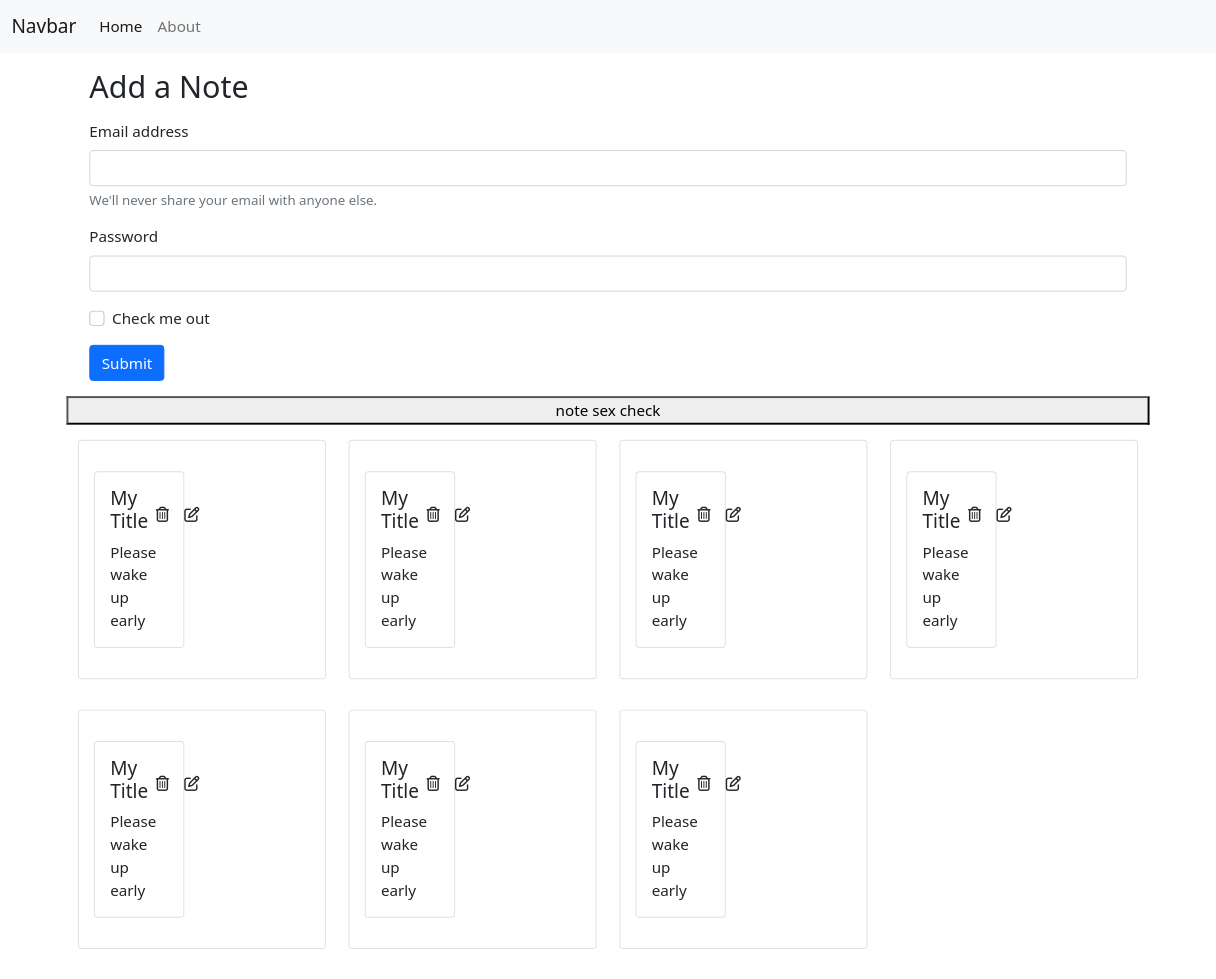
Repository: Asad-devv/inotebook-mern
Page: /
These files come from the project's save history. The page is drawn as it stood at one moment and after the next save; the edit follows.
The browser window is 1280 px wide. The pictures show the whole page, at 95% of full size.
Some web libraries are served in a nearby version. The project was rebuilt for these pictures with package versions that can differ from the ones it lists, and the page was loaded fresh each time. Also part of the build but not shown: vite.config.js, src/components/About.jsx.

Above is the page before, as saved 2023-04-14 01:06:05.

### index.html
<!DOCTYPE html>
<html lang="en">
  <head>
    <meta charset="UTF-8" />
    <link rel="icon" type="image/svg+xml" href="/vite.svg" />
    <meta name="viewport" content="width=device-width, initial-scale=1.0" />
    <link href="https://cdn.jsdelivr.net/npm/bootstrap@5.0.2/dist/css/bootstrap.min.css" rel="stylesheet" integrity="sha384-EVSTQN3/azprG1Anm3QDgpJLIm9Nao0Yz1ztcQTwFspd3yD65VohhpuuCOmLASjC" crossorigin="anonymous">
    <title>iNotebook</title>
  </head>
  <body>
    <div id="root"></div>
    <script type="module" src="/src/main.jsx"></script>

    <script src="https://kit.fontawesome.com/26504e4a1f.js" crossorigin="anonymous"></script>

    <script src="https://cdn.jsdelivr.net/npm/@popperjs/core@2.9.2/dist/umd/popper.min.js" integrity="sha384-IQsoLXl5PILFhosVNubq5LC7Qb9DXgDA9i+tQ8Zj3iwWAwPtgFTxbJ8NT4GN1R8p" crossorigin="anonymous"></script>
    <script src="https://cdn.jsdelivr.net/npm/bootstrap@5.0.2/dist/js/bootstrap.min.js" integrity="sha384-cVKIPhGWiC2Al4u+LWgxfKTRIcfu0JTxR+EQDz/bgldoEyl4H0zUF0QKbrJ0EcQF" crossorigin="anonymous"></script>
  </body>
</html>

### src/main.jsx
import React from 'react'
import ReactDOM from 'react-dom/client'
import App from './App'
// import './index.css'
import { BrowserRouter } from "react-router-dom"
import { Provider } from 'react-redux'
import store from './states/Store'


ReactDOM.createRoot(document.getElementById('root')).render(
  <React.StrictMode>
    <BrowserRouter>
    <Provider store={store} >
    <App />
    </Provider>
    </BrowserRouter>
  </React.StrictMode>,
)

### src/App.jsx
import { useState } from 'react'
import reactLogo from './assets/react.svg'
import viteLogo from '/vite.svg'
// import './App.css'
import {Home,Navbar,About} from "./components"
import { Route, Routes } from "react-router-dom"




function App() {

  return (
      <>
      <Navbar/>
      <div className="container">
      <Routes>
      <Route path="/" element={<Home />} />
      <Route path="/about" element={<About />} />
      </Routes>
      </div>

    </>
  );
}
export default App

### src/states/Store.js
import { configureStore } from '@reduxjs/toolkit'
import notesReducer from "./redux/notesSlice"


export default configureStore({
  reducer: {notes:notesReducer},
})

### src/components/index.js
import Home from "./Home"
import Navbar from "./Navbar"
import About from "./About"



export { Home,Navbar,About }

### src/states/redux/notesSlice.js
import { createSlice } from '@reduxjs/toolkit'


const notesInitial = [
        {
          "_id": "61322f19553781a8ca8d0e06",
          "user": "6131dc5e3e4037cd4734a066",
          "title": "My Title",
          "description": "Please wake up early",
          "tag": "personal",
          "date": "2021-09-03T14:20:09.509Z",
          "__v": 0
        },
        {
          "_id": "61322f19553781a8ca8d0e08",
          "user": "6131dc5e3e4037cd4734a066",
          "title": "My Title",
          "description": "Please wake up early",
          "tag": "personal",
          "date": "2021-09-03T14:20:09.668Z",
          "__v": 0
        },
        {
          "_id": "61322f19553781a8ca8d0e08",
          "user": "6131dc5e3e4037cd4734a066",
          "title": "My Title",
          "description": "Please wake up early",
          "tag": "personal",
          "date": "2021-09-03T14:20:09.668Z",
          "__v": 0
        },
        {
          "_id": "61322f19553781a8ca8d0e08",
          "user": "6131dc5e3e4037cd4734a066",
          "title": "My Title",
          "description": "Please wake up early",
          "tag": "personal",
          "date": "2021-09-03T14:20:09.668Z",
          "__v": 0
        },
        {
          "_id": "61322f19553781a8ca8d0e08",
          "user": "6131dc5e3e4037cd4734a066",
          "title": "My Title",
          "description": "Please wake up early",
          "tag": "personal",
          "date": "2021-09-03T14:20:09.668Z",
          "__v": 0
        },
        {
          "_id": "61322f19553781a8ca8d0e08",
          "user": "6131dc5e3e4037cd4734a066",
          "title": "My Title",
          "description": "Please wake up early",
          "tag": "personal",
          "date": "2021-09-03T14:20:09.668Z",
          "__v": 0
        },
        {
          "_id": "61322f19553781a8ca8d0e08",
          "user": "6131dc5e3e4037cd4734a066",
          "title": "My Title",
          "description": "Please wake up early",
          "tag": "personal",
          "date": "2021-09-03T14:20:09.668Z",
          "__v": 0
        },
      ]

export const notesSlice= createSlice({
    name:'notes',
    initialState:{value:notesInitial},
    reducers:{
        addNote:(state,action)=>{
                const newNote = action.payload
                return {
                    ...state,
                    value: [...state.value, newNote],
                };

        },deleteNote:(state)=>{

        },
        editNote:()=>{

        }
    }
})


export const { addNote} = notesSlice.actions

export default notesSlice.reducer

### src/components/Home.jsx
import React from 'react'
import { useSelector,useDispatch } from 'react-redux'
// import { update } from '../states/redux/notesSlice';
import Notes from './Notes';

const Home = () => {
  const dispatch= useDispatch();
  const notes =  useSelector((state) => state.notes.value)
  console.log(notes)
  return (
    <div>

      <div className="container my-3">
            <h2>Add a Note</h2>
            <form className="my-3">
                <div class="mb-3">
                    <label for="exampleInputEmail1" class="form-label">Email address</label>
                    <input type="email" class="form-control" id="exampleInputEmail1" aria-describedby="emailHelp"/>
                    <div id="emailHelp" class ="form-text">We'll never share your email with anyone else.</div>
                </div>
                <div class="mb-3">
                    <label for="exampleInputPassword1" class="form-label">Password</label>
                    <input type="password" class="form-control" id="exampleInputPassword1"/>
                </div>
                <div class="mb-3 form-check">
                    <input type="checkbox" class="form-check-input" id="exampleCheck1"/>
                    <label class ="form-check-label" for="exampleCheck1">Check me out</label>
                </div>
                <button type="submit" class="btn btn-primary">Submit</button>
            </form>
            </div>


        <Notes></Notes>
    </div>
  )
}

export default Home

### src/components/Navbar.jsx
import React,{useEffect,useState} from 'react'
import {Link,useLocation } from "react-router-dom"

const Navbar = () => {


  let location = useLocation();
  const [activeLink, setActiveLink] = useState()

  useEffect(() => {
    // Google Analytics
  }, [location]);

  return (

    <nav className="navbar navbar-expand-lg navbar-light bg-light">
      <div className="container-fluid">
        <a className="navbar-brand" href="#">Navbar</a>
        <button className="navbar-toggler" type="button" data-bs-toggle="collapse" data-bs-target="#navbarNav" aria-controls="navbarNav" aria-expanded="false" aria-label="Toggle navigation">
          <span className="navbar-toggler-icon" />
        </button>
        <div className="collapse navbar-collapse" id="navbarNav">
          <ul className="navbar-nav">
            <li className="nav-item">
              <Link to="/" className={`${location.pathname==="/" && "active"}   nav-link`} aria-current="page" href="#">Home</Link >
            </li>

            <li className="nav-item">
              <Link to="/about" className={`${location.pathname==="/about" && "active"}   nav-link`} href="#">About</Link >
            </li>

          </ul>
        </div>
      </div>
    </nav>  )
}

export default Navbar

### src/components/Notes.jsx
import React from 'react'
import { useSelector,useDispatch } from 'react-redux'
// import { update } from '../states/redux/notesSlice';
import { addNote } from '../states/redux/notesSlice'


const NoteItem = ({title,description,tag})=>{
    return(
        <div className="col-md-3">
        <div class="card my-3">
            <div class ="card-body">
            {/* <h5 class ="card-title">{title}</h5> */}
            {/* <p class ="card-text">{description}</p>  */}
    <div className="col-md-5">
        <div className="card my-3">
            <div className="card-body">
                <div className="d-flex align-items-center">
                    <h5 className="card-title">{title}</h5><i className="far fa-trash-alt mx-2"></i>
                    <i className="far fa-edit mx-2"></i>
                </div>
                <p className="card-text">{description}</p>

            </div>
        </div></div>
        </div>
        </div>
    </div>
    )
}



const Notes = () => {
    const dispatch= useDispatch();
const notes =  useSelector((state) => state.notes.value)

const newNote = {tag:"asad",title:"shitty",description:"lorem1212121jasn ausb ashd kasd ahsklkjsdn "}
  return (
    <div className='row my-3'>
    <button onClick={()=>{dispatch(addNote(newNote))}}>note sex check</button>
         {notes.map((note)=>{
        return(
        //   <h1 key={  .id}>{note.title}</h1>
            <NoteItem key={note.id} {...note}/>
        )
      })}</div>
  )
}

export default Notes

After the next save:
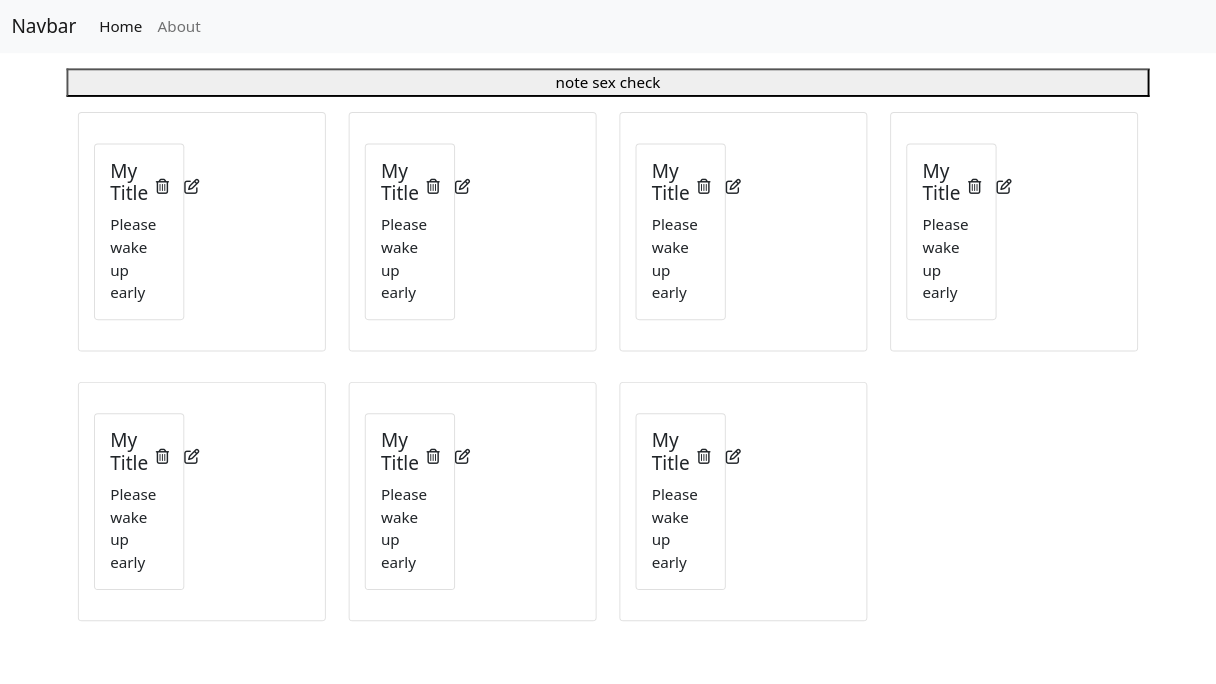
Saved 116 s later.
--- a/src/components/Home.jsx
+++ b/src/components/Home.jsx
@@ -10,25 +10,6 @@ const Home = () => {
   return (
     <div>
 
-      <div className="container my-3">
-            <h2>Add a Note</h2>
-            <form className="my-3">
-                <div class="mb-3">
-                    <label for="exampleInputEmail1" class="form-label">Email address</label>
-                    <input type="email" class="form-control" id="exampleInputEmail1" aria-describedby="emailHelp"/>
-                    <div id="emailHelp" class ="form-text">We'll never share your email with anyone else.</div>
-                </div>
-                <div class="mb-3">
-                    <label for="exampleInputPassword1" class="form-label">Password</label>
-                    <input type="password" class="form-control" id="exampleInputPassword1"/>
-                </div>
-                <div class="mb-3 form-check">
-                    <input type="checkbox" class="form-check-input" id="exampleCheck1"/>
-                    <label class ="form-check-label" for="exampleCheck1">Check me out</label>
-                </div>
-                <button type="submit" class="btn btn-primary">Submit</button>
-            </form>
-            </div>
 
 
         <Notes></Notes>
